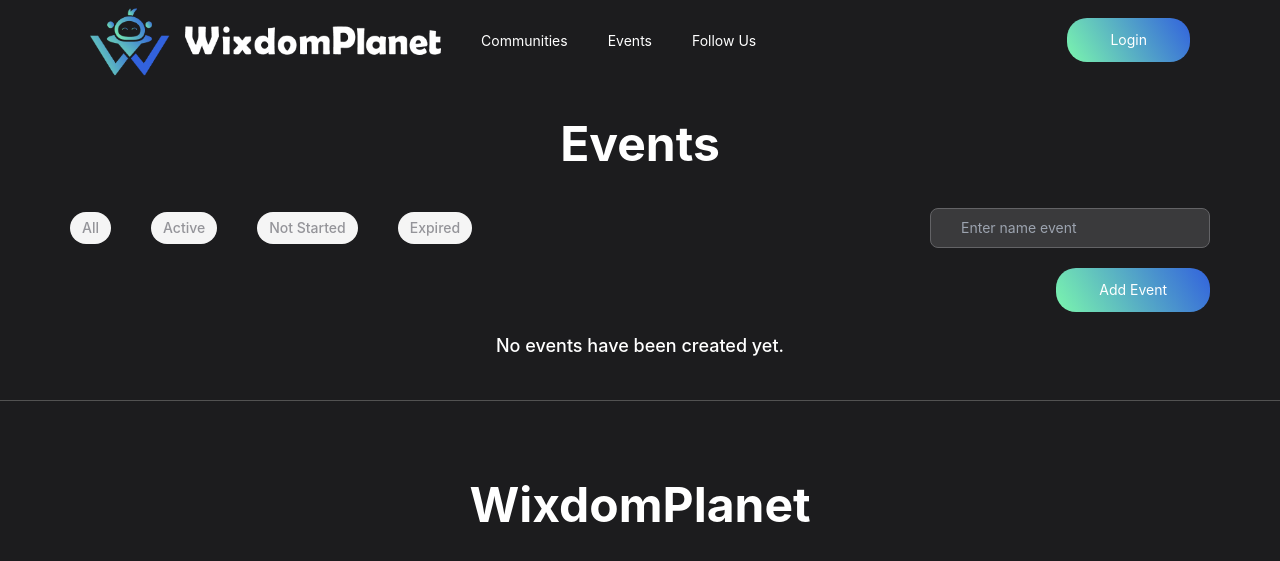
Repository: haudnn/WixdomPlanet-demo
Page: /
An editor plug-in stored every save of this project. The page is shown before and after a run of saves, followed by the edit.
The browser window is 1280 px wide. The pictures show the whole page.
The project was rebuilt for these pictures with package versions that can differ from the ones it lists, and the page was loaded fresh each time. Also part of the build but not shown: vite.config.js, src/features/Event/page/AddEvent.jsx, src/features/Event/components/EventItem.jsx, src/features/Event/page/Event.jsx.

Above is the page before, as saved 2023-02-04 14:01:49.

### src/App.jsx
import "./App.css";
import { BrowserRouter } from "react-router-dom";
import Header from "./components/Layout/Header";
import RoutesConfig from "./config/RoutesConfig";
import Footer from "./components/Layout/Footer";
function App() {
  return (
    <div className="App bg-[#1c1c1e] min-h-screen">
      <BrowserRouter>
        <Header />
        <RoutesConfig/>
        <Footer/>
      </BrowserRouter>
    </div>
  );
}

export default App;

### src/index.css
@tailwind base;
@tailwind components;
@tailwind utilities;

:root {
  font-family: Inter, system-ui, Avenir, Helvetica, Arial, sans-serif;
}

### src/App.css
.active {
    background-color:#f5f5f5 ;
    border-radius: 100px;
    color: #525252;
}
.grid {
    width: 100% !important;
    display: block !important;
    padding: 0;
}

.grid.wide {
    max-width: 1200px;
    margin: 0 auto;
}

.row {
    display: flex;
    flex-wrap: wrap;
    margin-left: -4px;
    margin-right: -4px;
}

.row.no-gutters {
    margin-left: 0;
    margin-right: 0;
}

.col {
    padding-left: 4px;
    padding-right: 4px;
}

.row.no-gutters .col {
    padding-left: 0;
    padding-right: 0;
}

.c-0 {
    display: none;
}

.c-1 {
    flex: 0 0 8.33333%;
    max-width: 8.33333%;
}

.c-2 {
    flex: 0 0 16.66667%;
    max-width: 16.66667%;
}

.c-3 {
    flex: 0 0 25%;
    max-width: 25%;
}

.c-4 {
    flex: 0 0 33.33333%;
    max-width: 33.33333%;
}

.c-5 {
    flex: 0 0 41.66667%;
    max-width: 41.66667%;
}

.c-6 {
    flex: 0 0 50%;
    max-width: 50%;
}

.c-7 {
    flex: 0 0 58.33333%;
    max-width: 58.33333%;
}

.c-8 {
    flex: 0 0 66.66667%;
    max-width: 66.66667%;
}

.c-9 {
    flex: 0 0 75%;
    max-width: 75%;
}

.c-10 {
    flex: 0 0 83.33333%;
    max-width: 83.33333%;
}

.c-11 {
    flex: 0 0 91.66667%;
    max-width: 91.66667%;
}

.c-12 {
    flex: 0 0 100%;
    max-width: 100%;
}

.c-o-1 {
    margin-left: 8.33333%;
}

.c-o-2 {
    margin-left: 16.66667%;
}

.c-o-3 {
    margin-left: 25%;
}

.c-o-4 {
    margin-left: 33.33333%;
}

.c-o-5 {
    margin-left: 41.66667%;
}

.c-o-6 {
    margin-left: 50%;
}

.c-o-7 {
    margin-left: 58.33333%;
}

.c-o-8 {
    margin-left: 66.66667%;
}

.c-o-9 {
    margin-left: 75%;
}

.c-o-10 {
    margin-left: 83.33333%;
}

.c-o-11 {
    margin-left: 91.66667%;
}

/* >= Tablet */
@media (min-width: 740px) {
    .row {
        margin-left: -8px;
        margin-right: -8px;
    }

    .col {
        padding-left: 8px;
        padding-right: 8px;
    }

    .m-0 {
        display: none;
    }

    .m-1,
    .m-2,
    .m-3,
    .m-4,
    .m-5,
    .m-6,
    .m-7,
    .m-8,
    .m-9,
    .m-10,
    .m-11,
    .m-12 {
        display: block;
    }

    .m-1 {
        flex: 0 0 8.33333%;
        max-width: 8.33333%;
    }

    .m-2 {
        flex: 0 0 16.66667%;
        max-width: 16.66667%;
    }

    .m-3 {
        flex: 0 0 25%;
        max-width: 25%;
    }

    .m-4 {
        flex: 0 0 33.33333%;
        max-width: 33.33333%;
    }

    .m-5 {
        flex: 0 0 41.66667%;
        max-width: 41.66667%;
    }

    .m-6 {
        flex: 0 0 50%;
        max-width: 50%;
    }

    .m-7 {
        flex: 0 0 58.33333%;
        max-width: 58.33333%;
    }

    .m-8 {
        flex: 0 0 66.66667%;
        max-width: 66.66667%;
    }

    .m-9 {
        flex: 0 0 75%;
        max-width: 75%;
    }

    .m-10 {
        flex: 0 0 83.33333%;
        max-width: 83.33333%;
    }

    .m-11 {
        flex: 0 0 91.66667%;
        max-width: 91.66667%;
    }

    .m-12 {
        flex: 0 0 100%;
        max-width: 100%;
    }

    .m-o-1 {
        margin-left: 8.33333%;
    }

    .m-o-2 {
        margin-left: 16.66667%;
    }

    .m-o-3 {
        margin-left: 25%;
    }

    .m-o-4 {
        margin-left: 33.33333%;
    }

    .m-o-5 {
        margin-left: 41.66667%;
    }

    .m-o-6 {
        margin-left: 50%;
    }

    .m-o-7 {
        margin-left: 58.33333%;
    }

    .m-o-8 {
        margin-left: 66.66667%;
    }

    .m-o-9 {
        margin-left: 75%;
    }

    .m-o-10 {
        margin-left: 83.33333%;
    }

    .m-o-11 {
        margin-left: 91.66667%;
    }
}

/* PC medium resolution > */
@media (min-width: 1113px) {
    .row {
        margin-left: -12px;
        margin-right: -12px;
    }

    .row.sm-gutter {
        margin-left: -5px;
        margin-right: -5px;
    }

    .col {
        padding-left: 12px;
        padding-right: 12px;
    }

    .row.sm-gutter .col {
        padding-left: 5px;
        padding-right: 5px;
    }

    .l-0 {
        display: none;
    }

    .l-1,
    .l-2,
    .l-2-4,
    .l-3,
    .l-4,
    .l-5,
    .l-6,
    .l-7,
    .l-8,
    .l-9,
    .l-10,
    .l-11,
    .l-12 {
        display: block;
    }

    .l-1 {
        flex: 0 0 8.33333%;
        max-width: 8.33333%;
    }

    .l-2 {
        flex: 0 0 16.66667%;
        max-width: 16.66667%;
    }

    .l-2-4 {
        flex: 0 0 20%;
        max-width: 20%;
    }

    .l-3 {
        flex: 0 0 25%;
        max-width: 25%;
    }

    .l-4 {
        flex: 0 0 33.33333%;
        max-width: 33.33333%;
    }

    .l-5 {
        flex: 0 0 41.66667%;
        max-width: 41.66667%;
    }

    .l-6 {
        flex: 0 0 50%;
        max-width: 50%;
    }

    .l-7 {
        flex: 0 0 58.33333%;
        max-width: 58.33333%;
    }

    .l-8 {
        flex: 0 0 66.66667%;
        max-width: 66.66667%;
    }

    .l-9 {
        flex: 0 0 75%;
        max-width: 75%;
    }

    .l-10 {
        flex: 0 0 83.33333%;
        max-width: 83.33333%;
    }

    .l-11 {
        flex: 0 0 91.66667%;
        max-width: 91.66667%;
    }

    .l-12 {
        flex: 0 0 100%;
        max-width: 100%;
    }

    .l-o-1 {
        margin-left: 8.33333%;
    }

    .l-o-2 {
        margin-left: 16.66667%;
    }

    .l-o-3 {
        margin-left: 25%;
    }

    .l-o-4 {
        margin-left: 33.33333%;
    }

    .l-o-5 {
        margin-left: 41.66667%;
    }

    .l-o-6 {
        margin-left: 50%;
    }

    .l-o-7 {
        margin-left: 58.33333%;
    }

    .l-o-8 {
        margin-left: 66.66667%;
    }

    .l-o-9 {
        margin-left: 75%;
    }

    .l-o-10 {
        margin-left: 83.33333%;
    }

    .l-o-11 {
        margin-left: 91.66667%;
    }
}

/* Tablet - PC low resolution */
@media (min-width: 740px) and (max-width: 1023px) {
    .wide {
        width: 644px;
    }
}

/* > PC low resolution */
@media (min-width: 1024px) and (max-width: 1239px) {
    .wide {
        width: 984px;
    }

    .wide .row {
        margin-left: -12px;
        margin-right: -12px;
    }

    .wide .row.sm-gutter {
        margin-left: -5px;
        margin-right: -5px;
    }

    .wide .col {
        padding-left: 12px;
        padding-right: 12px;
    }

    .wide .row.sm-gutter .col {
        padding-left: 5px;
        padding-right: 5px;
    }

    .wide .l-0 {
        display: none;
    }

    .wide .l-1,
    .wide .l-2,
    .wide .l-2-4,
    .wide .l-3,
    .wide .l-4,
    .wide .l-5,
    .wide .l-6,
    .wide .l-7,
    .wide .l-8,
    .wide .l-9,
    .wide .l-10,
    .wide .l-11,
    .wide .l-12 {
        display: block;
    }

    .wide .l-1 {
        flex: 0 0 8.33333%;
        max-width: 8.33333%;
    }

    .wide .l-2 {
        flex: 0 0 16.66667%;
        max-width: 16.66667%;
    }

    .wide .l-2-4 {
        flex: 0 0 20%;
        max-width: 20%;
    }

    .wide .l-3 {
        flex: 0 0 25%;
        max-width: 25%;
    }

    .wide .l-4 {
        flex: 0 0 33.33333%;
        max-width: 33.33333%;
    }

    .wide .l-5 {
        flex: 0 0 41.66667%;
        max-width: 41.66667%;
    }

    .wide .l-6 {
        flex: 0 0 50%;
        max-width: 50%;
    }

    .wide .l-7 {
        flex: 0 0 58.33333%;
        max-width: 58.33333%;
    }

    .wide .l-8 {
        flex: 0 0 66.66667%;
        max-width: 66.66667%;
    }

    .wide .l-9 {
        flex: 0 0 75%;
        max-width: 75%;
    }

    .wide .l-10 {
        flex: 0 0 83.33333%;
        max-width: 83.33333%;
    }

    .wide .l-11 {
        flex: 0 0 91.66667%;
        max-width: 91.66667%;
    }

    .wide .l-12 {
        flex: 0 0 100%;
        max-width: 100%;
    }

    .wide .l-o-1 {
        margin-left: 8.33333%;
    }

    .wide .l-o-2 {
        margin-left: 16.66667%;
    }

    .wide .l-o-3 {
        margin-left: 25%;
    }

    .wide .l-o-4 {
        margin-left: 33.33333%;
    }

    .wide .l-o-5 {
        margin-left: 41.66667%;
    }

    .wide .l-o-6 {
        margin-left: 50%;
    }

    .wide .l-o-7 {
        margin-left: 58.33333%;
    }

    .wide .l-o-8 {
        margin-left: 66.66667%;
    }

    .wide .l-o-9 {
        margin-left: 75%;
    }

    .wide .l-o-10 {
        margin-left: 83.33333%;
    }

    .wide .l-o-11 {
        margin-left: 91.66667%;
    }
}

### src/components/Layout/Header.jsx
import React from 'react'
import { Link } from 'react-router-dom'
import logo from "../../assets/imgs/logo.png"
const Header = () => {
  return (
    <header className='h-[80px]'>
        <div className='max-w-[1140px] my-0 mx-auto h-full px-5'>
            <div className='flex items-center justify-between h-full'>
                <div className='flex items-center gap-x-10'>
                    <div className='h-[80px]'>
                        <Link to="/">
                            <img src={logo} alt="Logo" className='w-full h-full object-cover' />
                        </Link>
                    </div>
                    <ul className='flex items-center gap-x-10'>
                        <li>
                            <Link className='text-sm text-white' to="/communities">Communities</Link>
                        </li>
                        <li>
                            <Link className='text-sm text-white' to="/events">Events</Link>
                        </li>
                        <li>
                            <Link className='text-sm text-white' to="/follow">Follow Us</Link>
                        </li>
                    </ul>
                </div>
                <button style={{background: "linear-gradient(239deg,#3262dd,#7af4ae 98.78%)"}} className='text-sm text-white rounded-[20px] py-3 px-[43px]'>
                    <Link to="/login">Login</Link>
                </button>
            </div>
        </div>
    </header>
  )
}

export default Header

### src/config/RoutesConfig.jsx
import { Routes, Route } from 'react-router-dom';
import routes from '../constants/routes';
function RoutesConfig() {
  return (
    <Routes>
      {routes.map(({ path, component }) => (
        <Route key={path} path={path} element={component} />
      ))}
    </Routes>
  );
}
export default RoutesConfig;

### src/components/Layout/Footer.jsx
import React from 'react'

const Footer = () => {
  return (
    <footer className='border-t border-solid border-[#525252]'>
        <div className='max-w-[1140px] my-0 mx-auto px-5'>
            <div className="pt-[80px] pb-[48px] text-center text-white text-5xl font-bold">
               WixdomPlanet
            </div>
        </div>
    </footer>
  )
}

export default Footer

### src/constants/routes.jsx
import AddEvent from "../features/Event/page/AddEvent";
import Home from "../features/Home";

const routes = [
    {
      path: '/',
      component: <Home/>,
    },
    {
        path: '/add',
        component: <AddEvent/>,
      },
]
export default routes;

### src/features/Home.jsx
import React, { useEffect, useState } from "react";
import { Link } from "react-router-dom";
import { useLocalStorage } from "../hooks";
import Event from "./Event/page/Event";

const categorise = [
  {
    id: "1",
    name: "All"
  },
  {
    id: "2",
    name: "Active"
  },
  {
    id: "3",
    name: "Not Started"
  },
  {
    id: "4",
    name: "Expired"
  },
]
const Home = () => {
  const events = useLocalStorage();
  const [categorySelect, setCategorySelect] = useState('All');
  const [selectedCategoryId, setSelectedCategoryId] = useState(1);
  const [filteredEvents, setFilteredEvents] = useState(events);
  const handleCategorySelect = (e) => {
    setCategorySelect(e.target.name);
  };
  return (
    <section className="home py-10 max-w-[1140px] my-0 mx-auto">
      <div className="text-center">
        <span className="text-white font-bold text-5xl">Events</span>
      </div>
      <div className="mt-10 flex items-center justify-between">
        <ul className="flex items-center gap-x-10">
          {
            categorise.map(category => (
              <li onClick={() => setSelectedCategoryId(category.id)} key={category.id} name={category.name} className={`${selectedCategoryId === category.id ? "active" : ""} active font-medium text-[#949499] px-3 py-[6px] cursor-pointer text-sm`}>
                {category.name}
              </li>
            ))
          }
        </ul>
        <div className="w-[280px]">
          <input
            type="text"
            placeholder="Enter name event"
            className="text-sm pl-[30px] pr-[15px] h-10 leading-10 border border-solid border-[#636366] inline-block w-full bg-[#3a3a3c] rounded-lg text-white"
          />
        </div>
      </div>
      <div className="my-5 flex justify-end">
        <Link
          to="/add"
          style={{
            background: "linear-gradient(239deg,#3262dd,#7af4ae 98.78%)",
          }}
          className=" block text-sm text-white rounded-[20px] py-3 px-[43px]"
        >
          Add Event
        </Link>
      </div>
      <div className="mt-5">
        {filteredEvents.length > 0 ? (
          <Event events={filteredEvents} />
        ) : (
          <div className="text-center">
            <span className="text-white font-medium text-lg">
              No events have been created yet.
            </span>
          </div>
        )}
      </div>
    </section>
  );
};

export default Home;

### src/hooks/index.js
import useLocalStorage from "./useLocalStorage";
import useCheckStatusEvent from "./useCheckStatusEvent";
export {
    useLocalStorage,
    useCheckStatusEvent
}

### src/hooks/useLocalStorage.js
import { useEffect, useState } from "react";

const useLocalStorage = () => {
    const [events, setEvents] = useState([]);
    // check if localStorage if haved  "events" in localStorage getelse set
    useEffect(() => {
        const isEnvents = JSON.parse(localStorage.getItem('events'));
        if (!isEnvents) {
            localStorage.setItem("events", JSON.stringify([]))
        }
        else{
            setEvents(isEnvents)
        }
      }, []);
    return events
}
export default useLocalStorage;

### src/hooks/useCheckStatusEvent.js
import { useMemo} from "react"

const useCheckStatusEvent = (startTime, endTime) => {
    const statusEvent = useMemo(() => {
        const currentTime = new Date().getTime();
        const startTimeConvert = new Date(startTime).getTime();
        const endTimeConvert = new Date(endTime).getTime();
        if (currentTime > endTimeConvert) return "Expired"
        if (currentTime >= startTimeConvert) {
            return "Active"
        }
        else {
            return "Not started"
        }
    }, [startTime, endTime])
    return statusEvent;
}
export default useCheckStatusEvent

Loaded but not shown: index.html (common file); src/main.jsx (common file); tailwind.config.cjs (common file)

After the next 2 saves:
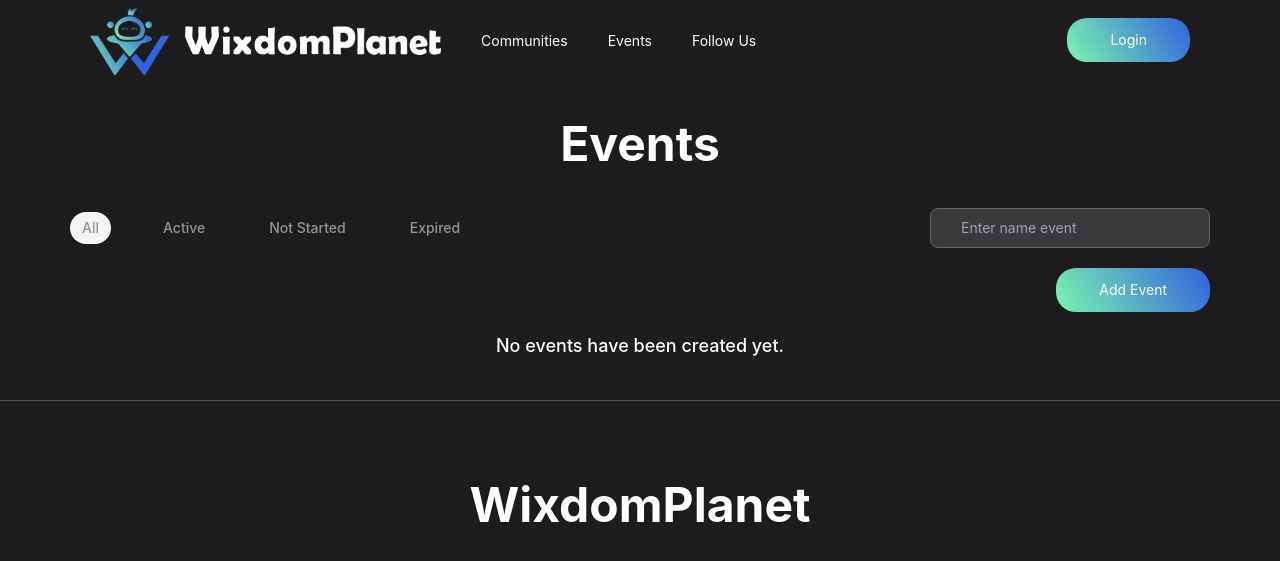
The 2 saves are shown as one change because they came seconds apart.
The last was saved 29 s later.
--- a/src/features/Home.jsx
+++ b/src/features/Home.jsx
@@ -5,19 +5,19 @@ import Event from "./Event/page/Event";
 
 const categorise = [
   {
-    id: "1",
+    id: 1,
     name: "All"
   },
   {
-    id: "2",
+    id: 2,
     name: "Active"
   },
   {
-    id: "3",
+    id: 3,
     name: "Not Started"
   },
   {
-    id: "4",
+    id: 4,
     name: "Expired"
   },
 ]
@@ -38,7 +38,7 @@ const Home = () => {
         <ul className="flex items-center gap-x-10">
           {
             categorise.map(category => (
-              <li onClick={() => setSelectedCategoryId(category.id)} key={category.id} name={category.name} className={`${selectedCategoryId === category.id ? "active" : ""} active font-medium text-[#949499] px-3 py-[6px] cursor-pointer text-sm`}>
+              <li onClick={() => setSelectedCategoryId(category.id)} key={category.id} name={category.name} className={`${selectedCategoryId === category.id ? "active" : ""} font-medium text-[#949499] px-3 py-[6px] cursor-pointer text-sm`}>
                 {category.name}
               </li>
             ))
